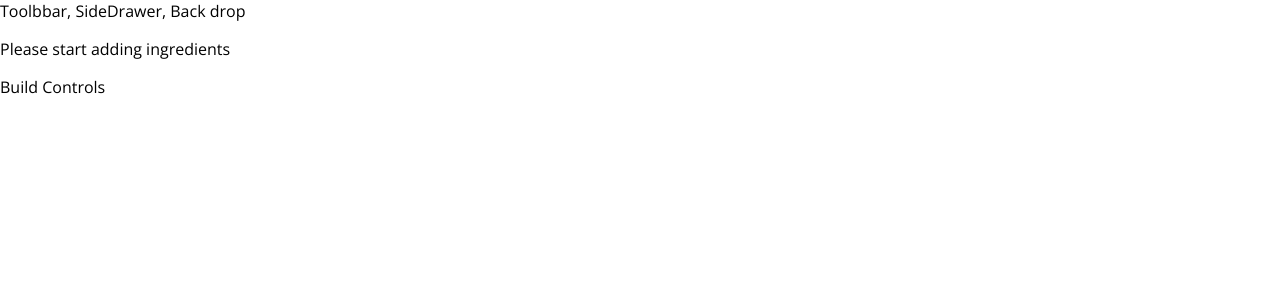
Repository: dunbom6612/burger-builder-app
Page: /
The author's editor kept a copy of each file at every save. The page is drawn from the files as they stood at one save, then again after the next save.
The browser window is 1280 px wide. The pictures show the whole page.
The project was rebuilt for these pictures with package versions that can differ from the ones it lists, and the page was loaded fresh each time. Also part of the build but not shown: src/components/Layout/Layout.css, src/components/Burger/Burgeringredient/Burgeringredient.css, src/components/Burger/Burger.css, src/components/BuildControls/BuildControls.css.

Above is the page before, as saved 2020-07-30 23:35:15.

### public/index.html
<!DOCTYPE html>
<html lang="en">
  <head>
    <meta charset="utf-8">
    <meta name="viewport" content="width=device-width, initial-scale=1, shrink-to-fit=no">
    <meta name="theme-color" content="#000000">
    <!--
      manifest.json provides metadata used when your web app is added to the
      homescreen on Android. See https://developers.google.com/web/fundamentals/engage-and-retain/web-app-manifest/
    -->
    <link rel="manifest" href="%PUBLIC_URL%/manifest.json">
    <link rel="shortcut icon" href="%PUBLIC_URL%/favicon.ico">
    <!--
      Notice the use of %PUBLIC_URL% in the tags above.
      It will be replaced with the URL of the `public` folder during the build.
      Only files inside the `public` folder can be referenced from the HTML.

      Unlike "/favicon.ico" or "favicon.ico", "%PUBLIC_URL%/favicon.ico" will
      work correctly both with client-side routing and a non-root public URL.
      Learn how to configure a non-root public URL by running `npm run build`.
    -->
    <link href="https://fonts.googleapis.com/css2?family=Open+Sans:wght@400;700&display=swap" rel="stylesheet">
    <title>Huy Burger</title>
  </head>
  <body>
    <noscript>
      You need to enable JavaScript to run this app.
    </noscript>
    <div id="root"></div>
    <!--
      This HTML file is a template.
      If you open it directly in the browser, you will see an empty page.

      You can add webfonts, meta tags, or analytics to this file.
      The build step will place the bundled scripts into the <body> tag.

      To begin the development, run `npm start` or `yarn start`.
      To create a production bundle, use `npm run build` or `yarn build`.
    -->
  </body>
</html>

### src/App.js
import React, { Component } from 'react';
import Layout from './components/Layout/Layout';
import BurgerBuilder from './containers/BurgerBuilder/BurgerBuilder';

class App extends Component {
  render() {
    return (
      <div className="App">
        <Layout>
          <BurgerBuilder />
        </Layout>
      </div>
    );
  }
}

export default App;

### src/components/Layout/Layout.js
import React from "react";
import Aux from "../../hoc/Aux";
import classes from './Layout.css'

const layout = (props) => (
  <Aux>
    <div>Toolbbar, SideDrawer, Back drop</div>
    <main className={classes.Content}>{props.children}</main>
  </Aux>
);

export default layout;

### src/containers/BurgerBuilder/BurgerBuilder.js
import React, {Component} from 'react';
import Aux from '../../hoc/Aux';
import Burger from '../../components/Burger/Burger';

class BurgerBuilder extends Component{
    state= {
        ingredients: {
            salad: 0,
            bacon: 0,
            cheese: 0,
            meat: 0
        }
    }
    render () {
        return (
            <Aux>
                <Burger ingredients={this.state.ingredients}/>
                <div>Build Controls</div>
            </Aux>
        );
    }
}

export default BurgerBuilder;

### src/components/Burger/Burger.js
import React from 'react'
import BurgerIngredient from './Burgeringredient/Burgeringredient'
import classes from './Burger.css'

const burger = (props) => {
    let transformedIngredient = Object.keys(props.ingredients).map(igKey => {
        return [...Array(props.ingredients[igKey])].map((_,i) => {
           return  <BurgerIngredient key={igKey + i} type={igKey} />
        });
    }).reduce((arr, el) => {
        return arr.concat(el);
    }, []);
    if(transformedIngredient.length === 0 ){
        transformedIngredient = <p> Please start adding ingredients</p>;
    }
    return (
        <div className={classes.Burger}>
            <BurgerIngredient type='bread-top'/>
            {transformedIngredient}
            <BurgerIngredient type='bread-bottom'/>
        </div>
    );


}

export default burger;

### src/components/Burger/Burgeringredient/Burgeringredient.js
import React, { Component } from "react";
import PropTypes from "prop-types";
import classes from "./Burgeringredient.css";

class BurgerIngredient extends Component {
  render() {
    let ingredient = null;

    switch (this.props.type) {
      case "bread-bottom":
        ingredient = <div className={classes.BreadBottom}></div>;
        break;
      case "bread-top":
        ingredient = (
          <div className={classes.BreadTop}>
            <div className={classes.Seeds1}></div>
            <div className={classes.Seeds2}></div>
          </div>
        );
        break;
      case "meat":
        ingredient = <div className={classes.Meat}></div>;
        break;
      case "cheese":
        ingredient = <div className={classes.Cheese}></div>;
        break;
      case "bacon":
        ingredient = <div className={classes.Bacon}></div>;
        break;
      case "salad":
        ingredient = <div className={classes.Salad}></div>;
        break;
      default:
        ingredient = null;
    }

    return ingredient;
  }
}

BurgerIngredient.propTypes = {
  type: PropTypes.string.isRequired,
};

export default BurgerIngredient;

### src/components/BuildControls/BuildControls.js
import React from 'react';
import classes from './BuildControls.css';
import BuildControl from './BuildControl/BuildControl';
import buildControl from './BuildControl/BuildControl';

const controls = [
    {label: 'Salad', type: 'salad'},
    {label: 'Bacon', type: 'bacon'},
    {label: 'Cheese', type: 'cheese'},
    {label: 'Meat', type: 'meat'},
]
const buildControls = (props) => (
    <div className={classes.BuildControls}>
        {controls.map(ctrl => (
            <BuildControl key={ctrl.label} label = {ctrl.label}/>
        ))}
    </div>
);

export default buildControls;

### src/components/BuildControls/BuildControl/BuildControl.js
import React from "react";
import classes from './BuildControls.css';



const buildControl = (props) => (
    <div className={classes.BuildControl}>
        <div className={classes.Label}>{props.label}</div>
        <button className={classes.Less}>Less</button>
        <button className={classes.More}>More</button>
    </div>
);

export default buildControl;

Loaded but not shown: src/index.js (common file); src/index.css (common file); src/registerServiceWorker.js (common file); src/hoc/Aux.js (common file)

After the next save:
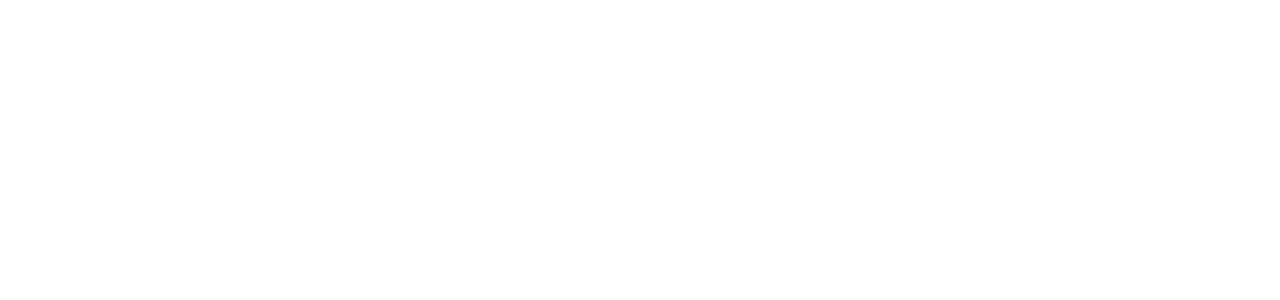
Console error: ReferenceError: BuildControls is not defined
Saved 3 min 32 s later.
--- a/src/containers/BurgerBuilder/BurgerBuilder.js
+++ b/src/containers/BurgerBuilder/BurgerBuilder.js
@@ -1,6 +1,7 @@
 import React, {Component} from 'react';
 import Aux from '../../hoc/Aux';
 import Burger from '../../components/Burger/Burger';
+import buildControls from '../../components/BuildControls/BuildControls';
 
 class BurgerBuilder extends Component{
     state= {
@@ -15,7 +16,7 @@
         return (
             <Aux>
                 <Burger ingredients={this.state.ingredients}/>
-                <div>Build Controls</div>
+                <BuildControls />
             </Aux>
         );
     }

After the save that followed:
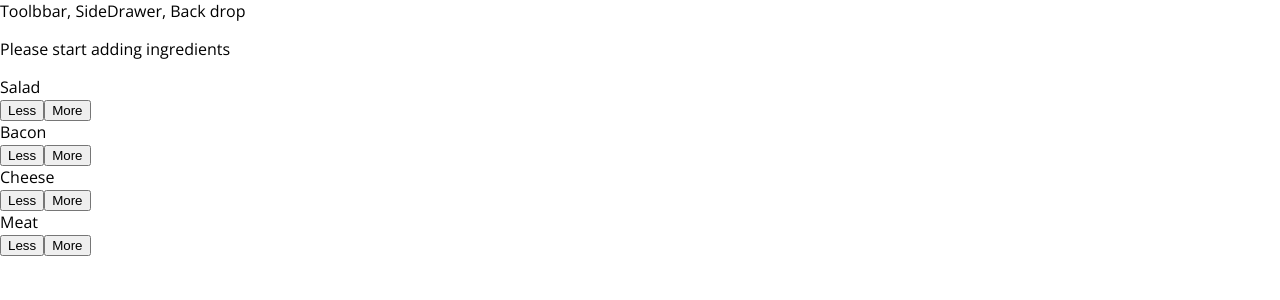
The error is gone.
Saved 4 s later.
--- a/src/containers/BurgerBuilder/BurgerBuilder.js
+++ b/src/containers/BurgerBuilder/BurgerBuilder.js
@@ -1,7 +1,7 @@
 import React, {Component} from 'react';
 import Aux from '../../hoc/Aux';
 import Burger from '../../components/Burger/Burger';
-import buildControls from '../../components/BuildControls/BuildControls';
+import BuildControls from '../../components/BuildControls/BuildControls';
 
 class BurgerBuilder extends Component{
     state= {
